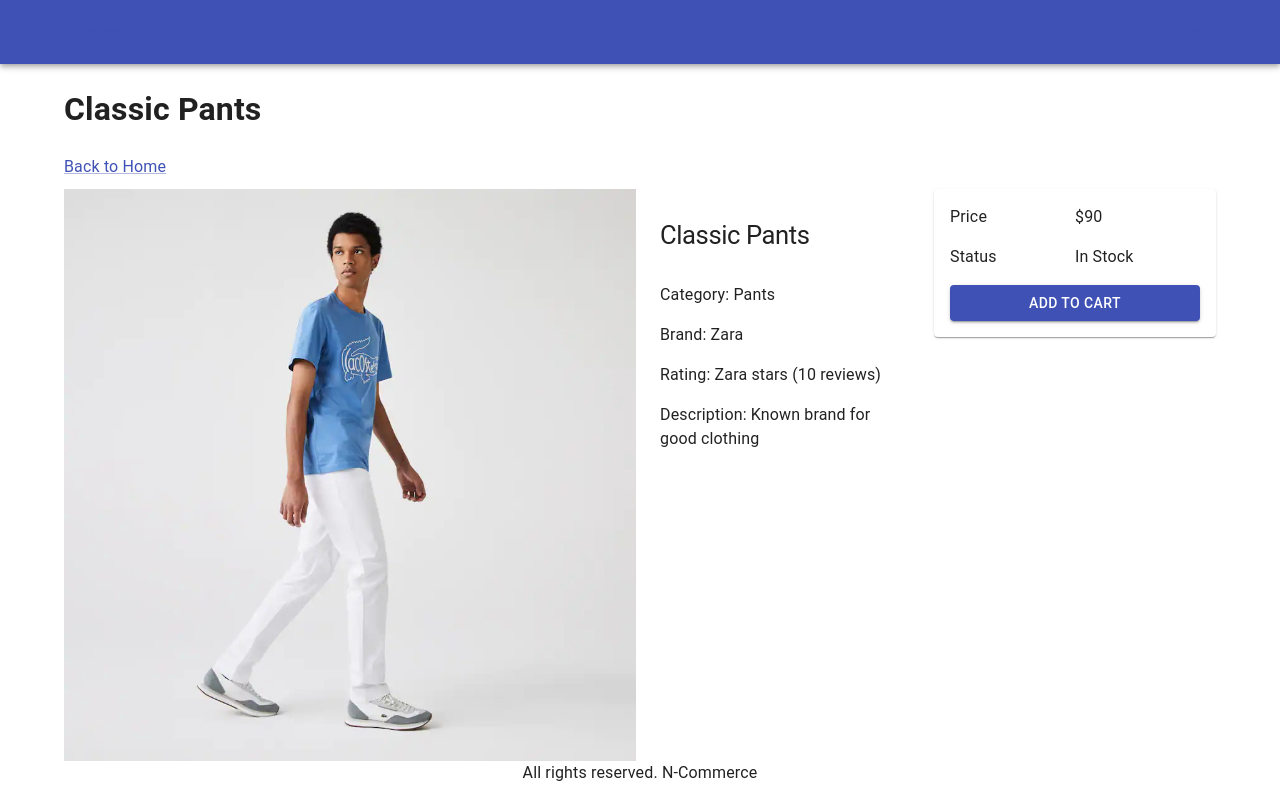
Repository: AK0493/Next-Commerce
Page: /product/classic-pants
These files come from the project's save history. The page is drawn as it stood at one moment and after a run of saves; the edit follows.
The browser window is 1280 px wide. The pictures show the whole page.
The project was rebuilt for these pictures with package versions that can differ from the ones it lists, and the page was loaded fresh each time. The framework's server and built-in components were replaced by stand-ins that run in the browser. Also part of the build but not shown: next.config.js.

Above is the page before, as saved 2022-02-07 17:33:44.

After the next 2 saves:
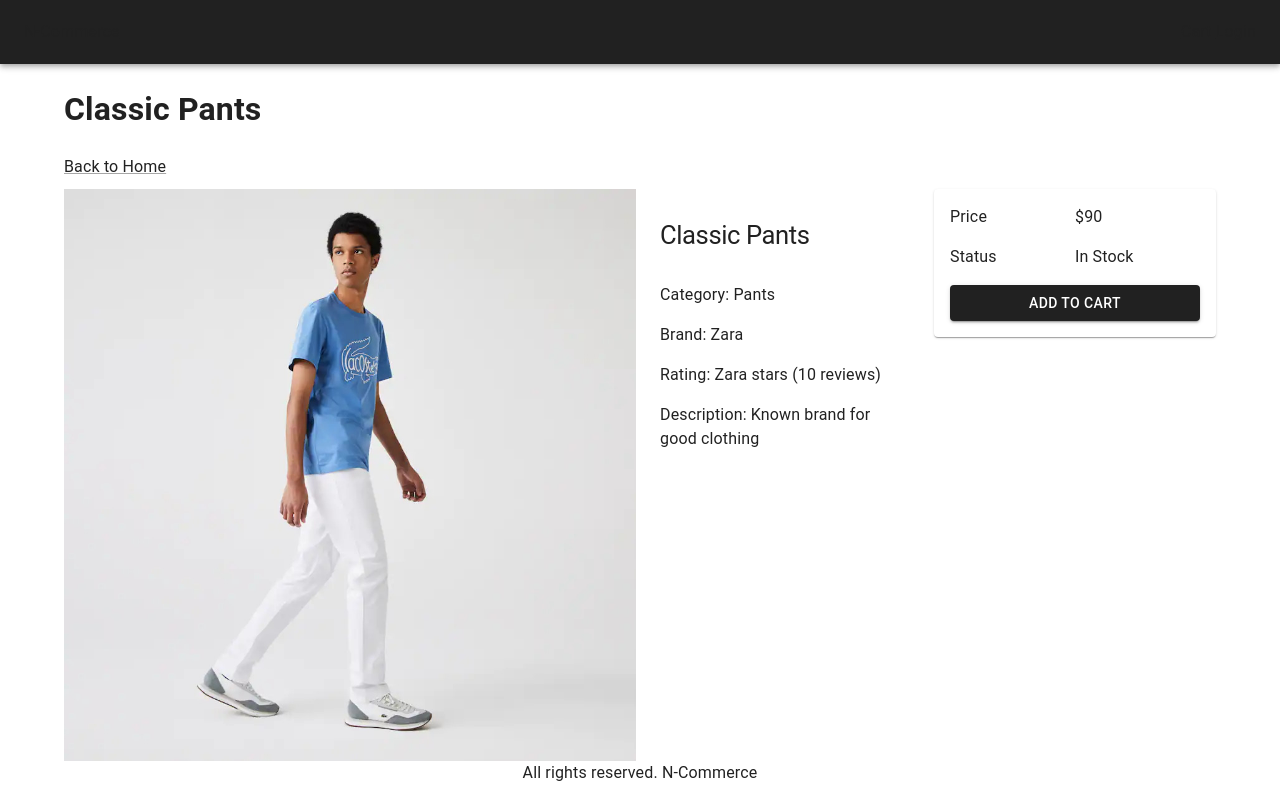
The 2 saves are shown as one change because 1 did not build or start.
The last was saved 42 s later.
--- a/components/Layout.js
+++ b/components/Layout.js
@@ -30,7 +30,7 @@
     palette: {
       type: 'light',
       primary: {
-        main: '#3F51B5',
+        main: '#212121',
       },
       secondary: {
         main: '#76FF03',
